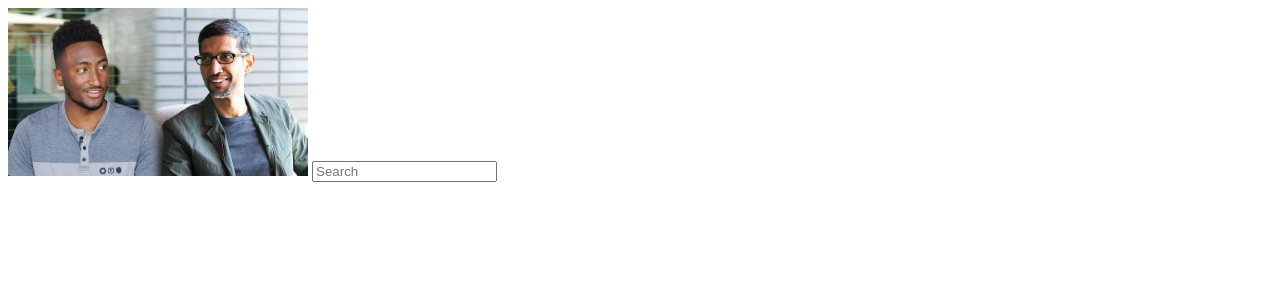
Repository: knowledgeAlan/html-css-seven
Page: youtube.html
The author's editor kept a copy of each file at every save. The page is drawn from the files as they stood at one save, then again after the next save.
The browser window is 1280 px wide. The pictures show the whole page.

Above is the page before, as saved 2024-03-05 18:14:48.

### youtube.html
<!DOCTYPE html>
<html>

<head>
    <title>Youtube.com Clone</title>
    <style >
        .thumbnail {
            width: 300px;
        }

        .search-bar{

        }

    </style>

    <body>

        <img class="thumbnail" src="thumbnails/thumbnail.png" alt="Dinosaur"/>
        <input class="searh-bar" type="text" placeholder="Search">
    </body>
</head>
</html>

After the next save:
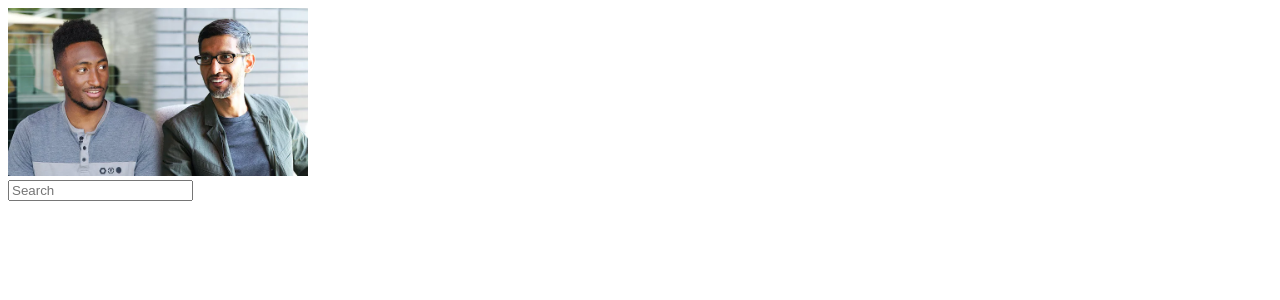
Saved 21 s later.
--- a/youtube.html
+++ b/youtube.html
@@ -16,7 +16,10 @@
 
     <body>
 
-        <img class="thumbnail" src="thumbnails/thumbnail.png" alt="Dinosaur"/>
+        <div>
+            <img class="thumbnail" src="thumbnails/thumbnail.png" alt="Dinosaur"/>
+        </div>
+
         <input class="searh-bar" type="text" placeholder="Search">
     </body>
 </head>
